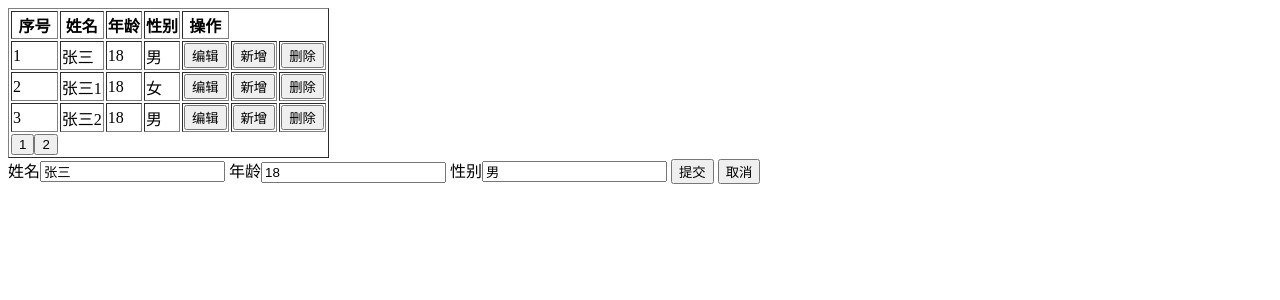
Repository: yuanritian1/5oproject50days
Page: 表格table/index.html
The author's editor kept a copy of each file at every save. The page is drawn from the files as they stood at one save, then again after the next save.
The browser window is 1280 px wide. The pictures show the whole page.
After loading, the first visible `button` was clicked once.

Above is the page before, as saved 2022-09-03 15:58:49.

After the next save:
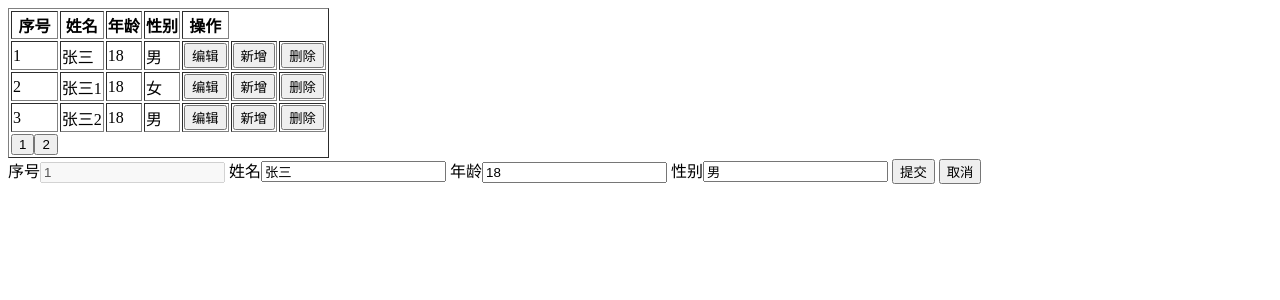
Saved 103 s later.
--- a/表格table/index.html
+++ b/表格table/index.html
@@ -42,6 +42,7 @@
         </table>
     </div>
     <div class="inputContent">
+        <label>序号</label><input type="text" disabled>
         <label>姓名</label><input type="text">
         <label>年龄</label><input type="text">
         <label>性别</label><input type="text">
@@ -82,16 +83,17 @@
     }
     function edit(e) {
         inputContent.style.display = 'block'
-        btnGrounp[0].value = DATE_ARR[e - 1].name
-        btnGrounp[1].value = DATE_ARR[e - 1].age
-        btnGrounp[2].value = DATE_ARR[e - 1].sex
+        btnGrounp[0].value = DATE_ARR[e - 1].id
+        btnGrounp[1].value = DATE_ARR[e - 1].name
+        btnGrounp[2].value = DATE_ARR[e - 1].age
+        btnGrounp[3].value = DATE_ARR[e - 1].sex
     }
-    function submit(value) {
+    function submit() {
         for (let i = 0; i < DATE_ARR.length; i++) {
             if (value === DATE_ARR[i].id) {
-                DATE_ARR[i].name = btnGrounp[0].value
-                DATE_ARR[i].age = btnGrounp[1].value
-                DATE_ARR[i].sex = btnGrounp[2].value
+                DATE_ARR[i].name = btnGrounp[1].value
+                DATE_ARR[i].age = btnGrounp[2].value
+                DATE_ARR[i].sex = btnGrounp[3].value
             }
             inputContent.style.display = 'none'
         }
